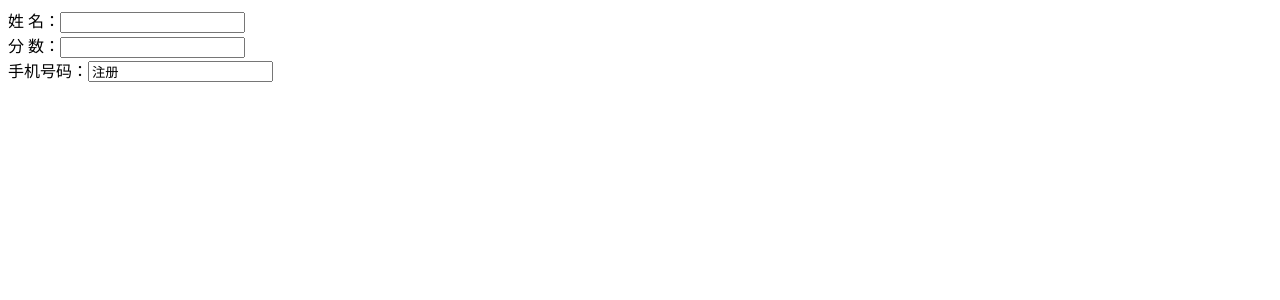
Repository: xianzhixianzhixian/SpringMVC
Page: http://localhost/46-validation/
The author's editor kept a copy of each file at every save. The page is drawn from the files as they stood at one save, then again after the next save.
The browser window is 1280 px wide. The pictures show the whole page.
The page is served by Tomcat 9.

Above is the page before, as saved 2017-09-23 13:04:29.

After the next save:
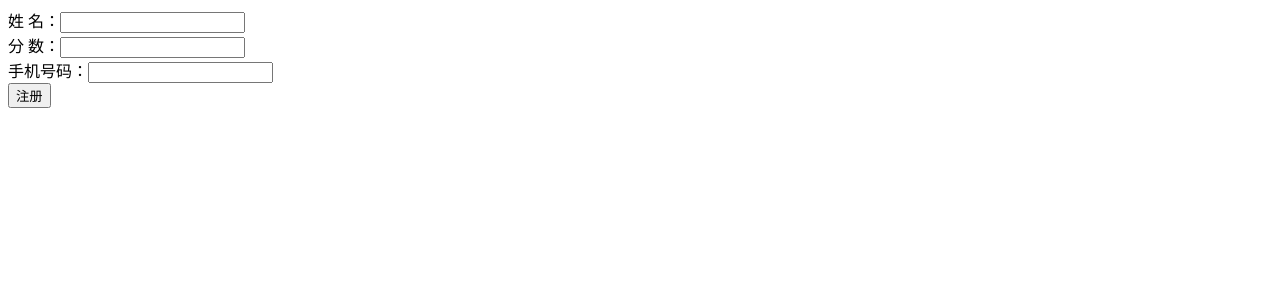
Saved 12 s later.
--- a/46-validation/WebContent/index.jsp
+++ b/46-validation/WebContent/index.jsp
@@ -11,7 +11,7 @@
 		<form action="${pageContext.request.contextPath}/test/register.do" method="POST">
 			姓         名：<input type="text" name="name"/><br>
 			分         数：<input type="text" name="score"/><br>
-			手机号码：<input type="text" name=""
+			手机号码：<input type="text" name="phonenumber"/><br>
 			<input type="submit" value="注册"/>
 		</form>
 	</body>
